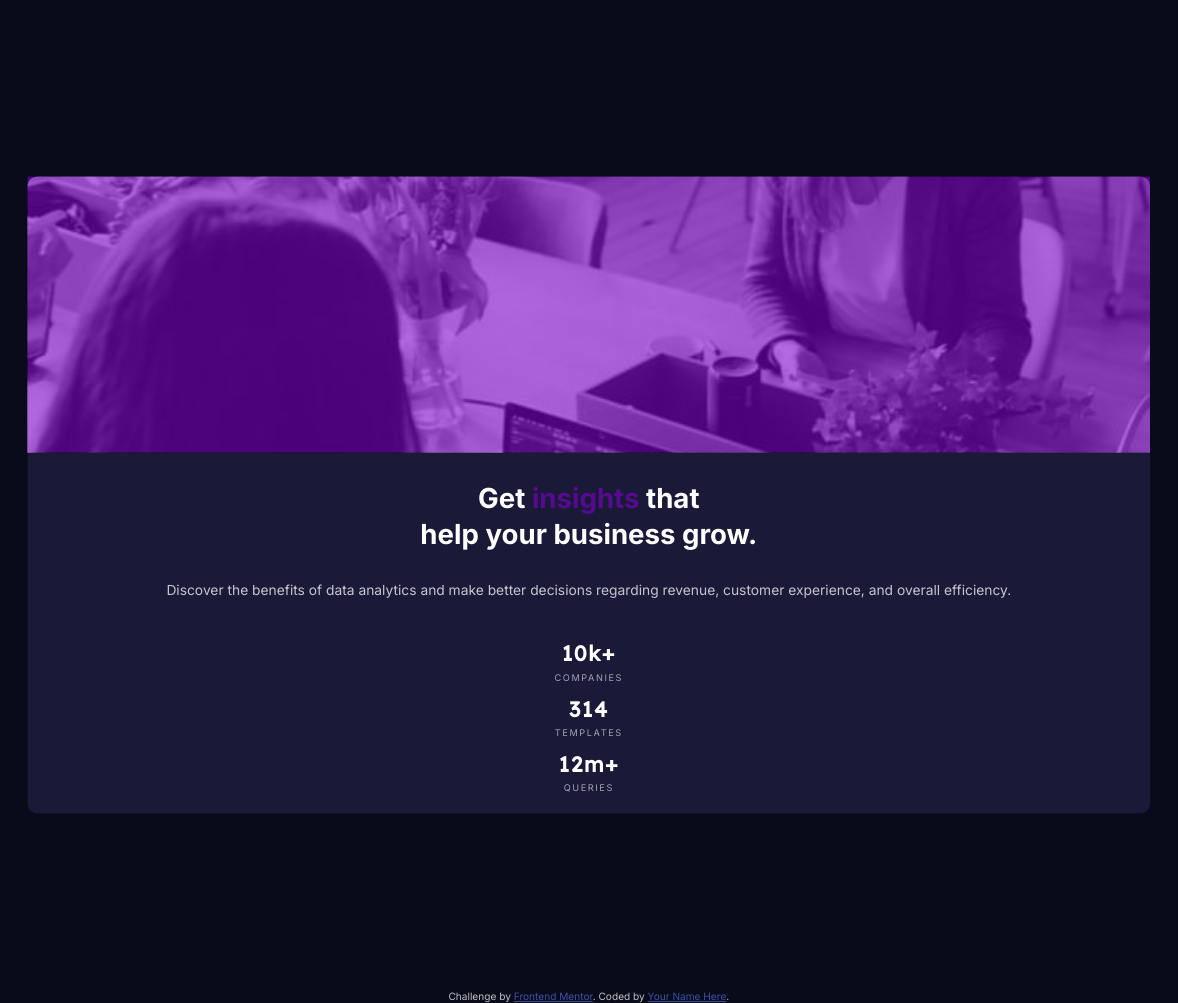
Repository: DejV44/stats-preview-card-component-main
Page: index.html
The author's editor kept a copy of each file at every save. The page is drawn from the files as they stood at one save, then again after the next save.
The browser window is 1280 px wide. The pictures show the whole page, at 92% of full size.
The style sheet was rebuilt from its Sass, Less or Tailwind sources for each picture, by a compiler version that may differ from the author's.

Above is the page before, as saved 2021-07-05 23:07:45.

### index.html
<!DOCTYPE html>
<html lang="en">
<head>
  <meta charset="UTF-8">
  <meta name="viewport" content="width=device-width, initial-scale=1.0"> <!-- displays site properly based on user's device -->

  <link rel="icon" type="image/png" sizes="32x32" href="./images/favicon-32x32.png">
  <link rel="stylesheet" href="/css/style.css">


  <title>Frontend Mentor | Stats preview card component</title>
</head>
<body>
  <div class="container">
    <div class="picture">
      <div class="overlay"></div>
    </div>
    <div class="card">
      <h1>Get <span>insights</span> that <br>help your business grow.</h1>

      <p>Discover the benefits of data analytics and make better decisions regarding revenue, customer
      experience, and overall efficiency.</p>

      <ul>
        <li><span>10k+</span> companies</li>
        <li><span>314</span> templates</li>
        <li><span>12m+</span> queries</li>
      </ul>
    </div>
  </div>


  <div class="attribution">
    Challenge by <a href="https://www.frontendmentor.io?ref=challenge" target="_blank">Frontend Mentor</a>.
    Coded by <a href="#">Your Name Here</a>.
  </div>
</body>
</html>

### css/style.scss
$mainBackground: hsl(233, 47%, 7%);
$cardBackground: hsl(244, 38%, 16%);
$accent: hsla(277, 100%, 40%, 0.589);

$mainHeading: hsl(0, 0%, 100%);
$mainParagraph: hsla(0, 0%, 100%, 0.75);
$statHeadings: hsla(0, 0%, 100%, 0.6);

@import url("https://fonts.googleapis.com/css2?family=Inter:wght@400;700&display=swap");

@import url("https://fonts.googleapis.com/css2?family=Lexend+Deca&display=swap");

* {
  margin: 0;
  padding: 0;
  box-sizing: border-box;
}

body {
  font-family: "Inter", sans-serif;
  font-size: 15px;
  background-color: $mainBackground;

  .container {
    margin: 15% 30px;
    border-radius: 10px;
    .picture {

      border-radius: 10px 10px 0 0;
      background: url("/images/image-header-mobile.jpg");
      background-position: center;
      background-size: cover;
      background-repeat: no-repeat;
      height: 300px;

      .overlay {
        background-color: $accent;
        background-size: cover;
        height: 300px;
      }
    }

    .card {
        border-radius: 0 0 10px 10px;
        background: $cardBackground;
        text-align: center;

        h1 {
            margin: 0 auto;
            padding: 30px 25px;
            color: $mainHeading;
            text-align: center;
            line-height: 1.3;
            span {
                color: $accent;
                line-height: 1.3;
            }
        }
        p {
          color: $mainParagraph;
          padding: 0 20px 20px 20px;
          margin-bottom: 15px;
          line-height: 24px;
        }

        ul {
          padding-bottom: 15px;
          font-size: 10px;
          letter-spacing: 1.7px;
          color: $statHeadings;
          li {
            list-style: none;
            text-transform: uppercase;
            padding: 7px 0;


            span {
              padding-bottom: 5px;
              display: block;
              text-transform: lowercase;
              font-family: "lexend Deca" ,sans-serif;
              font-weight: 700;
              font-size: 23px;
              color: $mainHeading;
            }
          }
        }
    }
  }

  .attribution {
    font-size: 11px;
    text-align: center;
    color: $mainParagraph;

    a {
      color: hsl(228, 45%, 44%);
    }
  }
}

@media (min-width:768px) {

}

After the next save:
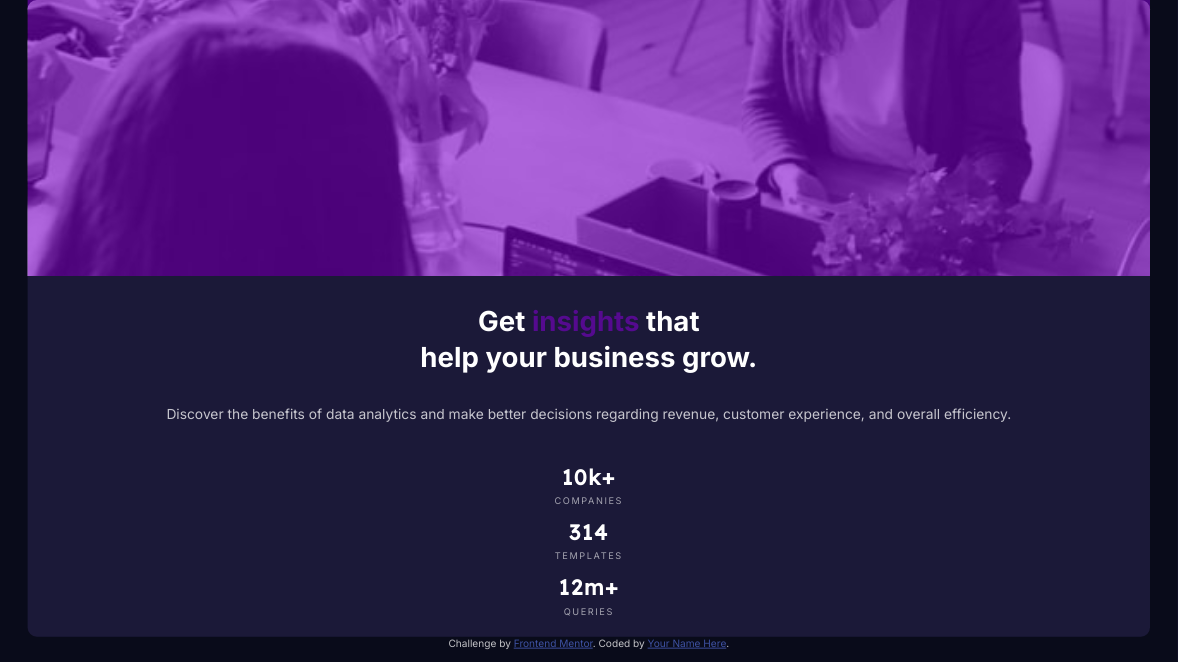
Saved 47 h 47 min later.
--- a/css/style.scss
+++ b/css/style.scss
@@ -22,7 +22,7 @@ body {
   background-color: $mainBackground;
 
   .container {
-    margin: 15% 30px;
+    margin: auto 30px;
     border-radius: 10px;
     .picture {
 
